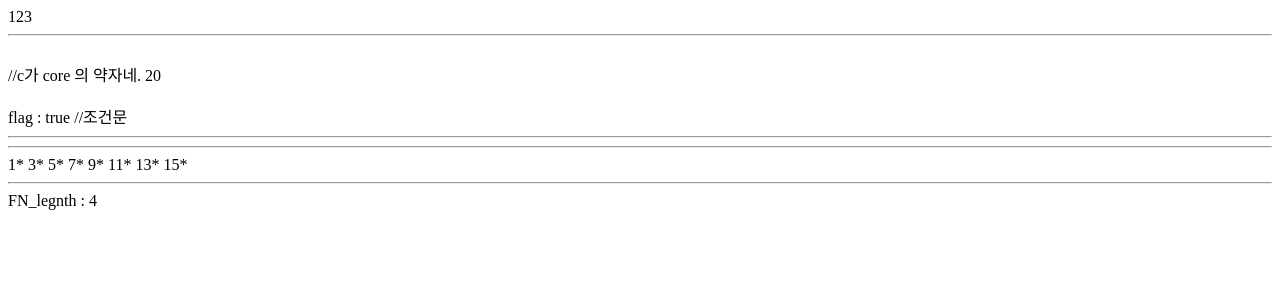
Repository: GotChun/DH_JSP
Page: http://localhost/01_JSP/C08/02JSTL/01.jsp
The author's editor kept a copy of each file at every save. The page is drawn from the files as they stood at one save, then again after the next save.
The browser window is 1280 px wide. The pictures show the whole page.
The page is served by Tomcat 9.

Above is the page before, as saved 2024-10-24 01:30:30.

After the next save:
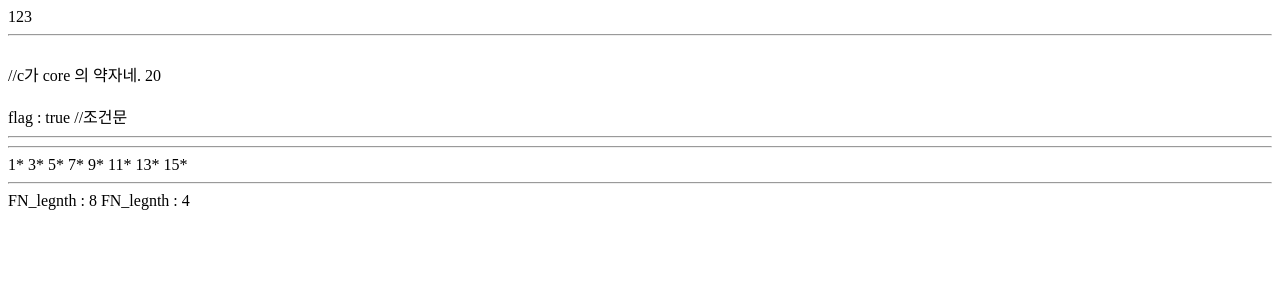
Saved 11 s later.
--- a/01_JSP/src/main/webapp/C08/02JSTL/01.jsp
+++ b/01_JSP/src/main/webapp/C08/02JSTL/01.jsp
@@ -73,6 +73,7 @@
 %>
 
 <c:set var="str1" value="TEST1234"/>
+FN_legnth : ${fn:length(str1) }
 FN_legnth : ${fn:length(listTest) }
 
 
